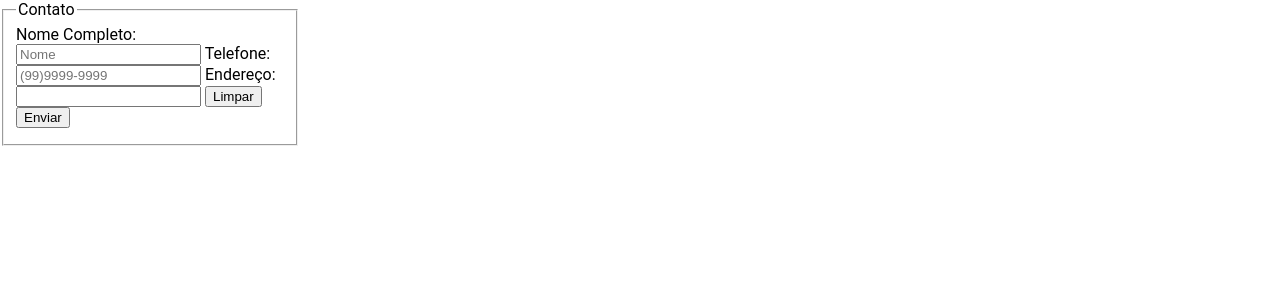
Repository: PedroViniciusVeiga/ProjetoColdigo
Page: exemploServlet/WebContent/contato.html
These files come from the project's save history. The page is drawn as it stood at one moment and after the next save; the edit follows.
The browser window is 1280 px wide. The pictures show the whole page.

Above is the page before, as saved 2021-04-07 02:26:35.

After the next save:
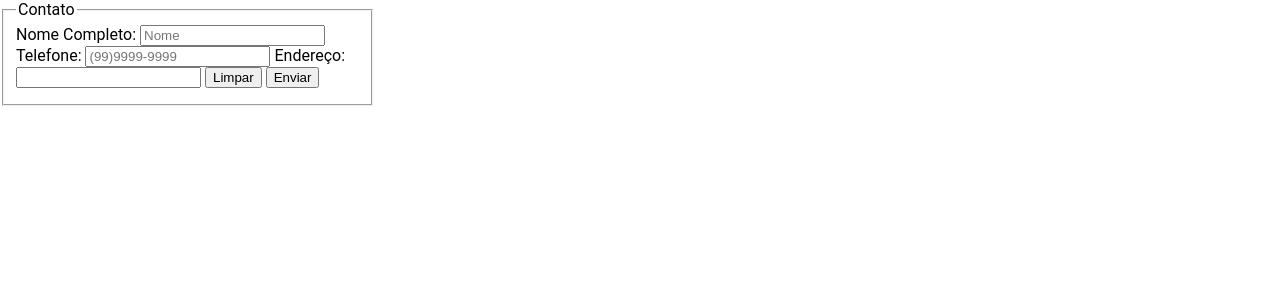
Saved 16 s later.
--- a/exemploServlet/WebContent/css/siteContato.css
+++ b/exemploServlet/WebContent/css/siteContato.css
@@ -16,6 +16,6 @@ section{
 
 .blocoForm{
 	float:left;
-	width: 300px;
+	width: 375px;
 	height: 400px;
 }
